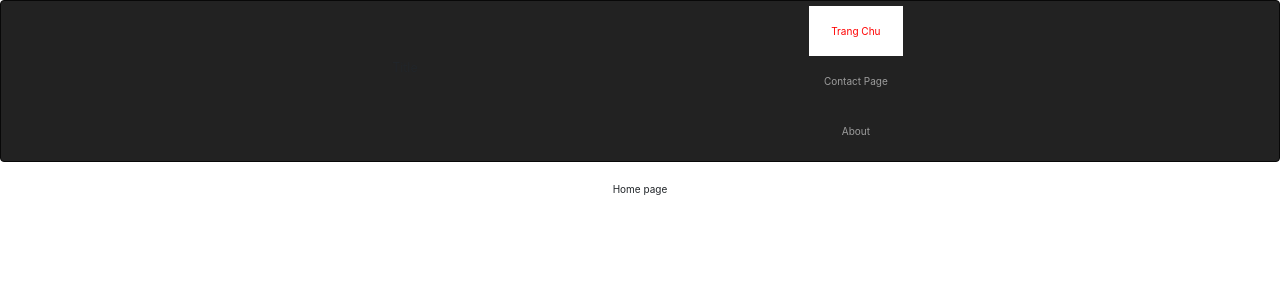
Repository: hntvip/react-route
Page: /
An editor plug-in stored every save of this project. The page is shown before and after the next save, followed by the edit.
The browser window is 1280 px wide. The pictures show the whole page.
The project was rebuilt for these pictures with package versions that can differ from the ones it lists, and the page was loaded fresh each time. Also part of the build but not shown: src/components/About.js, src/components/Contact.js.

Above is the page before, as saved 2019-11-27 16:47:37.

### public/index.html
<!DOCTYPE html>
<html lang="en">
  <head>
    <meta charset="utf-8" />
    <link rel="icon" href="%PUBLIC_URL%/favicon.ico" />
    <meta name="viewport" content="width=device-width, initial-scale=1" />
    <meta name="theme-color" content="#000000" />
    <meta
      name="description"
      content="Web site created using create-react-app"
    />
    <link rel="apple-touch-icon" href="logo192.png" />
    <!--
      manifest.json provides metadata used when your web app is installed on a
      user's mobile device or desktop. See https://developers.google.com/web/fundamentals/web-app-manifest/
    -->
    <link rel="manifest" href="%PUBLIC_URL%/manifest.json" />
    <!--
      Notice the use of %PUBLIC_URL% in the tags above.
      It will be replaced with the URL of the `public` folder during the build.
      Only files inside the `public` folder can be referenced from the HTML.

      Unlike "/favicon.ico" or "favicon.ico", "%PUBLIC_URL%/favicon.ico" will
      work correctly both with client-side routing and a non-root public URL.
      Learn how to configure a non-root public URL by running `npm run build`.
    -->
    <title>React App</title>

    <!-- Latest compiled and minified CSS & JS -->
    <link rel="stylesheet" media="screen" href="//netdna.bootstrapcdn.com/bootstrap/3.3.4/css/bootstrap.min.css">
    <script src="//code.jquery.com/jquery.js"></script>
    <script src="//netdna.bootstrapcdn.com/bootstrap/3.3.4/js/bootstrap.min.js"></script>

  </head>
  <body>
    <noscript>You need to enable JavaScript to run this app.</noscript>
    <div id="root"></div>
    <!--
      This HTML file is a template.
      If you open it directly in the browser, you will see an empty page.

      You can add webfonts, meta tags, or analytics to this file.
      The build step will place the bundled scripts into the <body> tag.

      To begin the development, run `npm start` or `yarn start`.
      To create a production bundle, use `npm run build` or `yarn build`.
    -->
  </body>
</html>

### src/index.js
import React from 'react';
import ReactDOM from 'react-dom';
import './index.css';
import App from './App';
import * as serviceWorker from './serviceWorker';

import '../node_modules/bootstrap/dist/css/bootstrap.css';

ReactDOM.render(<App />, document.getElementById('root'));

// If you want your app to work offline and load faster, you can change
// unregister() to register() below. Note this comes with some pitfalls.
// Learn more about service workers: https://bit.ly/CRA-PWA
serviceWorker.unregister();

### src/App.js
import React from 'react';
import './App.css';
import { BrowserRouter as Router, Route, NavLink} from 'react-router-dom';
import About from './components/About';
import Home from './components/Home';
import Contact from './components/Contact';
function App() {
  return (
    <Router>
      <div className="App">
        <nav className="navbar navbar-inverse">
          <a  className="navbar-brand">Title</a>
          <ul className="nav navbar-nav">
            <li>
              <NavLink
                to="/"
                activeStyle={{
                  backgroundColor: 'white',
                  color: 'red'
                }}
                activeClassName="active"
               >Trang Chu
              </NavLink>
            </li>
            <li>
              <NavLink to="/contact">Contact Page</NavLink>
            </li>
            <li>
              <NavLink to="/about">About</NavLink>
            </li>
          </ul>
        </nav>
        {/* Noi Dung */}
        <Route path="/" exact component={Home}></Route>
        <Route path="/contact" component={Contact}></Route>
        <Route path="/about" component={About}></Route>
      </div>
    </Router>
  );
}

export default App;

### src/components/Home.js
import React from 'react';

function Home() {
  return (
    <div>Home page</div>
  );
}

export default Home;

Loaded but not shown: src/index.css (common file); src/serviceWorker.js (common file); src/App.css (common file)

After the next save:
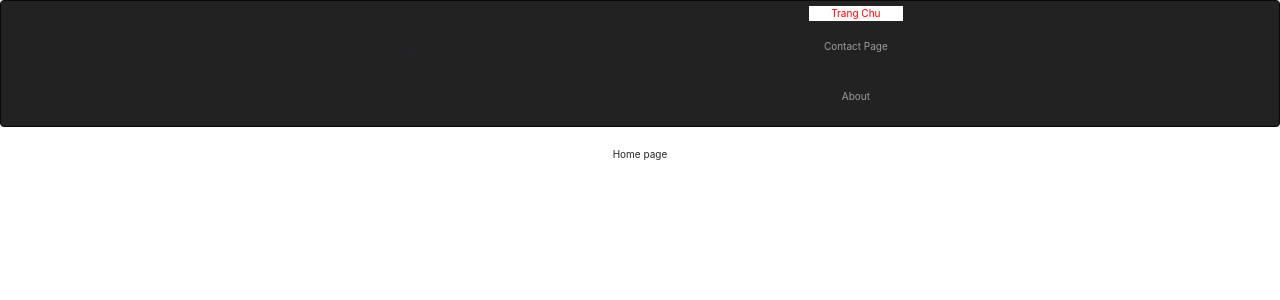
Saved 24 s later.
--- a/src/App.js
+++ b/src/App.js
@@ -11,7 +11,6 @@ function App() {
         <nav className="navbar navbar-inverse">
           <a  className="navbar-brand">Title</a>
           <ul className="nav navbar-nav">
-            <li>
               <NavLink
                 to="/"
                 activeStyle={{
@@ -21,7 +20,6 @@ function App() {
                 activeClassName="active"
                >Trang Chu
               </NavLink>
-            </li>
             <li>
               <NavLink to="/contact">Contact Page</NavLink>
             </li>
